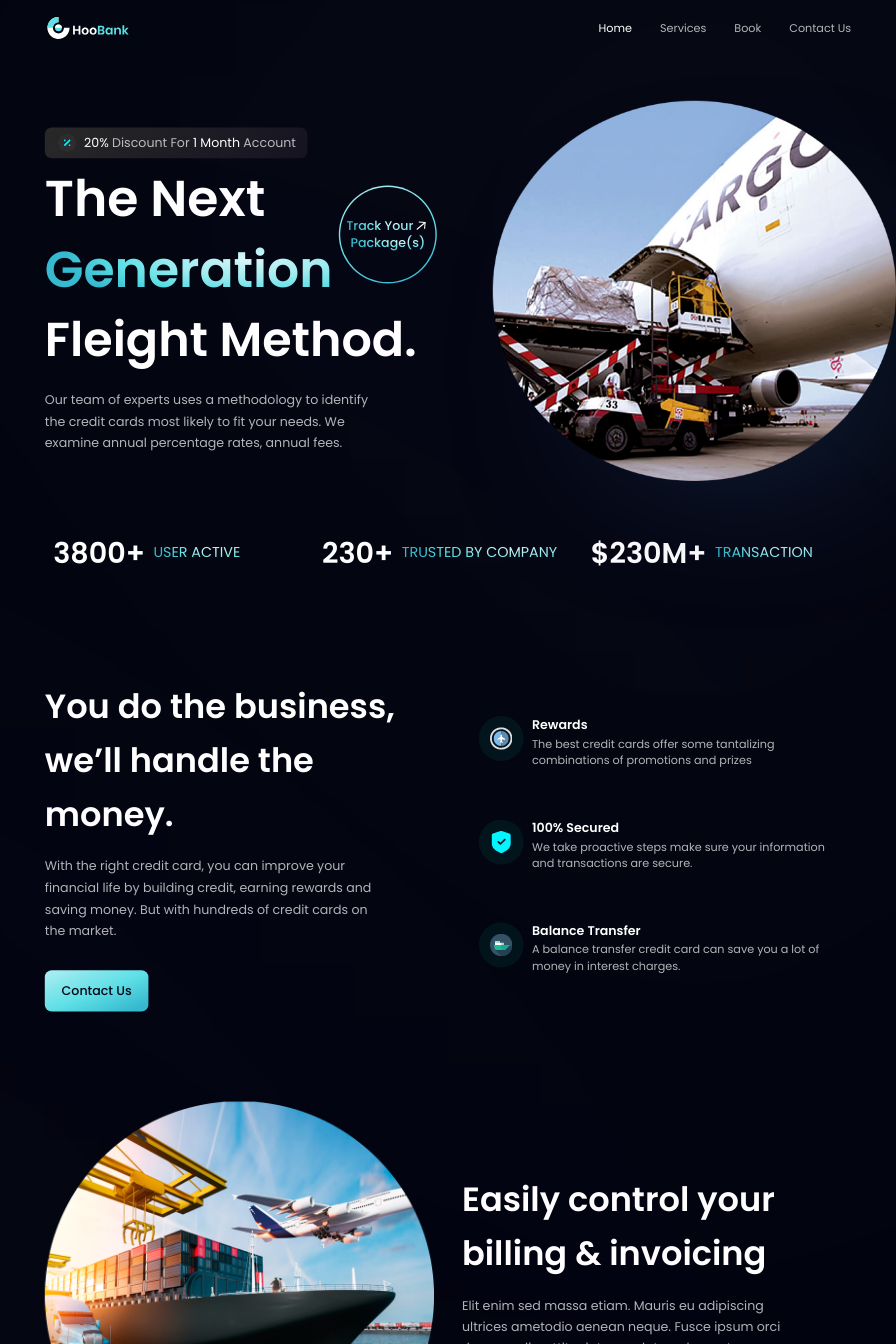
Repository: Miracleoluebube/captionlogistics
Page: /
An editor plug-in stored every save of this project. The page is shown before and after the next save, followed by the edit.
The browser window is 1280 px wide. The pictures show the part of the page from y = 0 to 1920 px (the page is 4990 px tall before and 5115 px after), at 70% of full size.
The project was rebuilt for these pictures with package versions that can differ from the ones it lists, and the page was loaded fresh each time. Also part of the build but not shown: vite.config.js.

Above is the page before, as saved 2022-10-01 07:30:02.

### src/index.css
/* :root {
  font-family: Inter, Avenir, Helvetica, Arial, sans-serif;
  font-size: 16px;
  line-height: 24px;
  font-weight: 400;

  color-scheme: light dark;
  color: rgba(255, 255, 255, 0.87);
  background-color: #242424;

  font-synthesis: none;
  text-rendering: optimizeLegibility;
  -webkit-font-smoothing: antialiased;
  -moz-osx-font-smoothing: grayscale;
  -webkit-text-size-adjust: 100%;
}

a {
  font-weight: 500;
  color: #646cff;
  text-decoration: inherit;
}
a:hover {
  color: #535bf2;
}

body {
  margin: 0;
  display: flex;
  place-items: center;
  min-width: 320px;
  min-height: 100vh;
}

h1 {
  font-size: 3.2em;
  line-height: 1.1;
}

button {
  border-radius: 8px;
  border: 1px solid transparent;
  padding: 0.6em 1.2em;
  font-size: 1em;
  font-weight: 500;
  font-family: inherit;
  background-color: #1a1a1a;
  cursor: pointer;
  transition: border-color 0.25s;
}
button:hover {
  border-color: #646cff;
}
button:focus,
button:focus-visible {
  outline: 4px auto -webkit-focus-ring-color;
}
*/

@import url("https://fonts.googleapis.com/css2?family=Poppins:wght@400;500;600;700;800;900&display=swap");

@tailwind base;
@tailwind components;
@tailwind utilities;

:root {
  --black-gradient: linear-gradient(
    144.39deg,
    #ffffff -278.56%,
    #6d6d6d -78.47%,
    #11101d 91.61%
  );
  --card-shadow: 0px 20px 100px -10px rgba(66, 71, 91, 0.1);
}

* {
  scroll-behavior: smooth;
}

.text-gradient {
  background: radial-gradient(
    64.18% 64.18% at 71.16% 35.69%,
    #def9fa 0.89%,
    #bef3f5 17.23%,
    #9dedf0 42.04%,
    #7de7eb 55.12%,
    #5ce1e6 71.54%,
    #33bbcf 100%
  );
  -webkit-background-clip: text;
  -webkit-text-fill-color: transparent;
  background-clip: text;
  text-fill-color: transparent;
}

.bg-blue-gradient {
  background: linear-gradient(
    157.81deg,
    #def9fa -43.27%,
    #bef3f5 -21.24%,
    #9dedf0 12.19%,
    #7de7eb 29.82%,
    #5ce1e6 51.94%,
    #33bbcf 90.29%
  );
}

.bg-black-gradient {
  background: linear-gradient(
    144.39deg,
    #ffffff -278.56%,
    #6d6d6d -78.47%,
    #11101d 91.61%
  );
}

.bg-black-gradient-2 {
  background: linear-gradient(
    -168.39deg,
    #ffffff -278.56%,
    #6d6d6d -78.47%,
    #11101d 91.61%
  );
}

.bg-gray-gradient {
  background: linear-gradient(
    153.47deg,
    rgba(255, 255, 255, 0) -341.94%,
    #14101d 95.11%
  );
}

.bg-discount-gradient {
  background: linear-gradient(125.17deg, #272727 0%, #11101d 100%);
}

.box-shadow {
  box-shadow: 0px 20px 100px -10px rgba(66, 71, 91, 0.1);
}

.sidebar {
  -webkit-animation: slide-top 0.5s cubic-bezier(0.25, 0.46, 0.45, 0.94) both;
  animation: slide-top 0.5s cubic-bezier(0.25, 0.46, 0.45, 0.94) both;
}

@-webkit-keyframes slide-top {
  0% {
    -webkit-transform: translateY(100px);
    transform: translateY(100px);
  }
  100% {
    -webkit-transform: translateY(0);
    transform: translateY(0);
  }
}

@keyframes slide-top {
  0% {
    -webkit-transform: translateY(100px);
    transform: translateY(100px);
  }
  100% {
    -webkit-transform: translateY(0);
    transform: translateY(0);
  }
}

.feature-card:hover {
  background: var(--black-gradient);
  box-shadow: var(--card-shadow);
}

.feedback-container .feedback-card:last-child {
  margin-right: 0px;
}

.feedback-card {
  background: transparent;
}

.feedback-card:hover {
  background: var(--black-gradient);
}

.blue__gradient {
  background: linear-gradient(180deg, rgba(188, 165, 255, 0) 0%, #214d76 100%);
  filter: blur(123px);
}

.pink__gradient {
  background: linear-gradient(90deg, #f4c4f3 0%, #fc67fa 100%);
  filter: blur(900px);
}

.white__gradient {
  background: rgba(255, 255, 255, 0.6);
  filter: blur(750px);
}


@media (prefers-color-scheme: light) {
  :root {
    color: #213547;
    background-color: #ffffff;
  }
  a:hover {
    color: #747bff;
  }
  button {
    background-color: #f9f9f9;
  }
}

### src/style.js
const styles = {
  boxWidth: "xl:max-w-[1280px] w-full",

  heading2: "font-poppins font-semibold xs:text-[48px] text-[40px] text-white xs:leading-[76.8px] leading-[66.8px] w-full",
  paragraph: "font-poppins font-normal text-dimWhite text-[18px] leading-[30.8px]",

  flexCenter: "flex justify-center items-center",
  flexStart: "flex justify-center items-start",

  paddingX: "sm:px-16 px-6",
  paddingY: "sm:py-16 py-6",
  padding: "sm:px-16 px-6 sm:py-12 py-4",

  marginX: "sm:mx-16 mx-6",
  marginY: "sm:my-16 my-6",
};

export const layout = {
  section: `flex md:flex-row flex-col ${styles.paddingY}`,
  sectionReverse: `flex md:flex-row flex-col-reverse ${styles.paddingY}`,

  sectionImgReverse: `flex-1 flex ${styles.flexCenter} md:mr-10 mr-0 md:mt-0 mt-10 relative`,
  sectionImg: `flex-1 flex ${styles.flexCenter} md:ml-10 ml-0 md:mt-0 mt-10 relative`,

  sectionInfo: `flex-1 ${styles.flexStart} flex-col`,
};

export default styles;

### src/components/Navbar.jsx
import { useState } from "react";

import { close, logo, menu } from "../assets";
import { navLinks } from "../constants";

const Navbar = () => {
  const [active, setActive] = useState("Home");
  const [toggle, setToggle] = useState(false);

  return (
    <nav className="w-full flex py-6 justify-between items-center navbar">
      <img src={logo} alt="hoobank" className="w-[124px] h-[32px]" />

      <ul className="list-none sm:flex hidden justify-end items-center flex-1">
        {navLinks.map((nav, index) => (
          <li
            key={nav.id}
            className={`font-poppins font-normal cursor-pointer text-[16px] ${
              active === nav.title ? "text-white" : "text-dimWhite"
            } ${index === navLinks.length - 1 ? "mr-0" : "mr-10"}`}
            onClick={() => setActive(nav.title)}
          >
            <a href={`#${nav.id}`}>{nav.title}</a>
          </li>
        ))}
      </ul>

      <div className="sm:hidden flex flex-1 justify-end items-center">
        <img
          src={toggle ? close : menu}
          alt="menu"
          className="w-[28px] h-[28px] object-contain"
          onClick={() => setToggle(!toggle)}
        />

        <div
          className={`${
            !toggle ? "hidden" : "flex"
          } p-6 bg-black-gradient absolute top-20 right-0 mx-4 my-2 min-w-[140px] rounded-xl sidebar`}
        >
          <ul className="list-none flex justify-end items-start flex-1 flex-col">
            {navLinks.map((nav, index) => (
              <li
                key={nav.id}
                className={`font-poppins font-medium cursor-pointer text-[16px] ${
                  active === nav.title ? "text-white" : "text-dimWhite"
                } ${index === navLinks.length - 1 ? "mb-0" : "mb-4"}`}
                onClick={() => setActive(nav.title)}
              >
                <a href={`#${nav.id}`}>{nav.title}</a>
              </li>
            ))}
          </ul>
        </div>
      </div>
    </nav>
  );
};

export default Navbar;

### src/components/Billing.jsx
import { apple, bill, google } from "../assets";
import styles, { layout } from "../style";

const Billing = () => (
  <section id="product" className={layout.sectionReverse}>
    <div className={layout.sectionImgReverse}>
      <img src={bill} alt="billing" className="w-[100%] h-[100%] relative z-[5]" />

      {/* gradient start */}
      <div className="absolute z-[3] -left-1/2 top-0 w-[50%] h-[50%] rounded-full white__gradient" />
      <div className="absolute z-[0] w-[50%] h-[50%] -left-1/2 bottom-0 rounded-full pink__gradient" />
      {/* gradient end */}
    </div>

    <div className={layout.sectionInfo}>
      <h2 className={styles.heading2}>
        Easily control your <br className="sm:block hidden" /> billing &
        invoicing
      </h2>
      <p className={`${styles.paragraph} max-w-[470px] mt-5`}>
        Elit enim sed massa etiam. Mauris eu adipiscing ultrices ametodio
        aenean neque. Fusce ipsum orci rhoncus aliporttitor integer platea
        placerat.
      </p>

      <div className="flex flex-row flex-wrap sm:mt-10 mt-6">
        <img src={apple} alt="google_play" className="w-[128.86px] h-[42.05px] object-contain mr-5 cursor-pointer" />
        <img src={google} alt="google_play" className="w-[144.17px] h-[43.08px] object-contain cursor-pointer" />
      </div>
    </div>
  </section>
);

export default Billing;

### src/components/CardDeal.jsx
import { card } from "../assets";
import styles, { layout } from "../style";
import Button from "./Button";

const CardDeal = () => (
  <section id="contact Us" className={layout.section}>
    <div className={layout.sectionInfo}>
      <h2 className={styles.heading2}>
        Find a better card deal <br className="sm:block hidden" /> in few easy
        steps.
      </h2>
      <p className={`${styles.paragraph} max-w-[470px] mt-5`}>
        Arcu tortor, purus in mattis at sed integer faucibus. Aliquet quis
        aliquet eget mauris tortor.ç Aliquet ultrices ac, ametau.
      </p>

      <Button styles={`mt-10`} />
    </div>

    <div className={layout.sectionImg}>
      <img src={card} alt="billing" className="w-[100%] h-[100%]" />
    </div>
  </section>
);

export default CardDeal;

### src/components/Business.jsx
import { features } from "../constants";
import styles, { layout } from "../style";
import Button from "./Button";

const FeatureCard = ({ icon, title, content, index }) => (
  <div className={`flex flex-row p-6 rounded-[20px] ${index !== features.length - 1 ? "mb-6" : "mb-0"} feature-card`}>
    <div className={`w-[64px] h-[64px] rounded-full ${styles.flexCenter} bg-dimBlue`}>
      <img src={icon} alt="star" className="w-[50%] h-[50%] object-contain" />
    </div>
    <div className="flex-1 flex flex-col ml-3">
      <h4 className="font-poppins font-semibold text-white text-[18px] leading-[23.4px] mb-1">
        {title}
      </h4>
      <p className="font-poppins font-normal text-dimWhite text-[16px] leading-[24px]">
        {content}
      </p>
    </div>
  </div>
);

const Business = () =>  (
  <section id="features" className={layout.section}>
    <div className={layout.sectionInfo}>
      <h2 className={styles.heading2}>
        You do the business, <br className="sm:block hidden" /> we’ll handle
        the money.
      </h2>
      <p className={`${styles.paragraph} max-w-[470px] mt-5`}>
        With the right credit card, you can improve your financial life by
        building credit, earning rewards and saving money. But with hundreds
        of credit cards on the market.
      </p>

      <Button styles={`mt-10`} />
    </div>

    <div className={`${layout.sectionImg} flex-col`}>
      {features.map((feature, index) => (
        <FeatureCard key={feature.id} {...feature} index={index} />
      ))}
    </div>
  </section>
);

export default Business;

### src/components/Stats.jsx
import { stats } from "../constants";
import styles from "../style";

const Stats = () => (
  <section className={`${styles.flexCenter} flex-row flex-wrap sm:mb-20 mb-6`}>
    {stats.map((stat) => (
      <div key={stat.id} className={`flex-1 flex justify-start items-center flex-row m-3`} >
        <h4 className="font-poppins font-semibold xs:text-[40.89px] text-[30.89px] xs:leading-[53.16px] leading-[43.16px] text-white">
          {stat.value}
        </h4>
        <p className="font-poppins font-normal xs:text-[20.45px] text-[15.45px] xs:leading-[26.58px] leading-[21.58px] text-gradient uppercase ml-3">
          {stat.title}
        </p>
      </div>
    ))}
  </section>
);

export default Stats;

### src/components/Footer.jsx
import styles from "../style";
import { logo } from "../assets";
import { footerLinks, socialMedia } from "../constants";

const Footer = () => (
  <section className={`${styles.flexCenter} ${styles.paddingY} flex-col`}>
    <div className={`${styles.flexStart} md:flex-row flex-col mb-8 w-full`}>
      <div className="flex-[1] flex flex-col justify-start mr-10">
        <img
          src={logo}
          alt="hoobank"
          className="w-[266px] h-[72.14px] object-contain"
        />
        <p className={`${styles.paragraph} mt-4 max-w-[312px]`}>
          A new way to make the payments easy, reliable and secure.
        </p>
      </div>

      <div className="flex-[1.5] w-full flex flex-row justify-between flex-wrap md:mt-0 mt-10">
        {footerLinks.map((footerlink) => (
          <div key={footerlink.title} className={`flex flex-col ss:my-0 my-4 min-w-[150px]`}>
            <h4 className="font-poppins font-medium text-[18px] leading-[27px] text-white">
              {footerlink.title}
            </h4>
            <ul className="list-none mt-4">
              {footerlink.links.map((link, index) => (
                <li
                  key={link.name}
                  className={`font-poppins font-normal text-[16px] leading-[24px] text-dimWhite hover:text-secondary cursor-pointer ${
                    index !== footerlink.links.length - 1 ? "mb-4" : "mb-0"
                  }`}
                >
                  {link.name}
                </li>
              ))}
            </ul>
          </div>
        ))}
      </div>
    </div>

    <div className="w-full flex justify-between items-center md:flex-row flex-col pt-6 border-t-[1px] border-t-[#3F3E45]">
      <p className="font-poppins font-normal text-center text-[18px] leading-[27px] text-white">
        Copyright Ⓒ 2022 HooBank. All Rights Reserved.
      </p>

      <div className="flex flex-row md:mt-0 mt-6">
        {socialMedia.map((social, index) => (
          <img
            key={social.id}
            src={social.icon}
            alt={social.id}
            className={`w-[21px] h-[21px] object-contain cursor-pointer ${
              index !== socialMedia.length - 1 ? "mr-6" : "mr-0"
            }`}
            onClick={() => window.open(social.link)}
          />
        ))}
      </div>
    </div>
  </section>
);

export default Footer;

### src/components/Testimonials.jsx
import { feedback } from "../constants";
import styles from "../style";
import FeedbackCard from "./FeedbackCard";

const Testimonials = () => (
  <section id="clients" className={`${styles.paddingY} ${styles.flexCenter} flex-col relative `}>
    <div className="absolute z-[0] w-[60%] h-[60%] -right-[50%] rounded-full blue__gradient bottom-40" />

    <div className="w-full flex justify-between items-center md:flex-row flex-col sm:mb-16 mb-6 relative z-[1]">
      <h2 className={styles.heading2}>
        What People are <br className="sm:block hidden" /> saying about us
      </h2>
      <div className="w-full md:mt-0 mt-6">
        <p className={`${styles.paragraph} text-left max-w-[450px]`}>
          Everything you need to accept card payments and grow your business
          anywhere on the planet.
        </p>
      </div>
    </div>

    <div className="flex flex-wrap sm:justify-start justify-center w-full feedback-container relative z-[1]">
      {feedback.map((card) => <FeedbackCard key={card.id} {...card} />)}
    </div>
  </section>
);

export default Testimonials;

### src/components/Hero.jsx
import styles from "../style";
import { discount, robot } from "../assets";
import GetStarted from "./GetStarted";

const Hero = () => {
  return (
    <section id="home" className={`flex md:flex-row flex-col ${styles.paddingY}`}>
      <div className={`flex-1 ${styles.flexStart} flex-col xl:px-0 sm:px-16 px-6`}>
        <div className="flex flex-row items-center py-[6px] px-4 bg-discount-gradient rounded-[10px] mb-2">
          <img src={discount} alt="discount" className="w-[32px] h-[32px]" />
          <p className={`${styles.paragraph} ml-2`}>
            <span className="text-white">20%</span> Discount For{" "}
            <span className="text-white">1 Month</span> Account
          </p>
        </div>

        <div className="flex flex-row justify-between items-center w-full">
          <h1 className="flex-1 font-poppins font-semibold ss:text-[72px] text-[52px] text-white ss:leading-[100.8px] leading-[75px]">
            The Next <br className="sm:block hidden" />{" "}
            <span className="text-gradient">Generation</span>{" "}
          </h1>
          <div className="ss:flex hidden md:mr-4 mr-0">
            <GetStarted />
          </div>
        </div>

        <h1 className="font-poppins font-semibold ss:text-[68px] text-[52px] text-white ss:leading-[100.8px] leading-[75px] w-full">
          Fleight  Method.
        </h1>
        <p className={`${styles.paragraph} max-w-[470px] mt-5`}>
          Our team of experts uses a methodology to identify the credit cards
          most likely to fit your needs. We examine annual percentage rates,
          annual fees.
        </p>
      </div>

      <div className={`flex-1 flex ${styles.flexCenter} md:my-0 my-10 relative`}>
        <img src={robot} alt="billing" className="w-[100%] h-[100%] relative z-[5]" />

        {/* gradient start */}
        <div className="absolute z-[0] w-[40%] h-[35%] top-0 pink__gradient" />
        <div className="absolute z-[1] w-[80%] h-[80%] rounded-full white__gradient bottom-40" />
        <div className="absolute z-[0] w-[50%] h-[50%] right-20 bottom-20 blue__gradient" />
        {/* gradient end */}
      </div>

      <div className={`ss:hidden ${styles.flexCenter}`}>
        <GetStarted />
      </div>
    </section>
  );
};

export default Hero;

### src/assets/index.js
import airbnb from "./airbnb.png";
import bill from "./bill.png";
import binance from "./binance.png";
import card from "./card.png";
import coinbase from "./coinbase.png";
import dropbox from "./dropbox.png";
import logo from "./logo.svg";
import quotes from "./quotes.svg";
import robot from "./robot.png";
import send from "./Send.svg";
import shield from "./Shield.svg";
import star from "./Star.svg";
import menu from "./menu.svg";
import close from "./close.svg";
import google from "./google.svg";
import apple from "./apple.svg";
import arrowUp from "./arrow-up.svg";
import discount from "./Discount.svg";
import facebook from "./facebook.svg";
import instagram from "./instagram.svg";
import linkedin from "./linkedin.svg";
import twitter from "./twitter.svg";
import people01 from "./people01.png";
import people02 from "./people02.png";
import people03 from "./people03.png";

export {
  airbnb,
  bill,
  binance,
  card,
  coinbase,
  dropbox,
  logo,
  quotes,
  robot,
  send,
  shield,
  star,
  menu,
  close,
  google,
  apple,
  arrowUp,
  discount,
  facebook,
  instagram,
  linkedin,
  twitter,
  people01,
  people02,
  people03,
};

### src/components/Button.jsx
import React from "react";

const Button = ({ styles }) => (
  <button type="button" className={`py-4 px-6 font-poppins font-medium text-[18px] text-primary bg-blue-gradient rounded-[10px] outline-none ${styles}`}>
    Contact Us
  </button>
);

export default Button;

### src/components/FeedbackCard.jsx
import { quotes } from "../assets";

const FeedbackCard = ({ content, name, title, img }) => (
  <div className="flex justify-between flex-col px-10 py-12 rounded-[20px]  max-w-[370px] md:mr-10 sm:mr-5 mr-0 my-5 feedback-card">
    <img src={quotes} alt="double_quotes" className="w-[42.6px] h-[27.6px] object-contain" />
    <p className="font-poppins font-normal text-[18px] leading-[32.4px] text-white my-10">
      {content}
    </p>

    <div className="flex flex-row">
      <img src={img} alt={name} className="w-[48px] h-[48px] rounded-full" />
      <div className="flex flex-col ml-4">
        <h4 className="font-poppins font-semibold text-[20px] leading-[32px] text-white">
          {name}
        </h4>
        <p className="font-poppins font-normal text-[16px] leading-[24px] text-dimWhite">
          {title}
        </p>
      </div>
    </div>
  </div>
);


export default FeedbackCard;

### src/components/GetStarted.jsx
import styles from "../style";
import { arrowUp } from "../assets";

const GetStarted = () => (
  <div className={`${styles.flexCenter} w-[140px] h-[140px] rounded-full bg-blue-gradient p-[2px] cursor-pointer`}>
    <div className={`${styles.flexCenter} flex-col bg-primary w-[100%] h-[100%] rounded-full`}>
      <div className={`${styles.flexStart} flex-row`}>
        <p className="font-poppins font-medium text-[18px] leading-[23.4px]">
          <span className="text-gradient">Track Your</span>
        </p>
        <img src={arrowUp} alt="arrow-up" className="w-[23px] h-[23px] object-contain" />
      </div>

      <p className="font-poppins font-medium text-[18px] leading-[23.4px]">
        <span className="text-gradient">Package(s)</span>
      </p>
    </div>
  </div>
);

export default GetStarted;

Loaded but not shown: index.html (common file); src/main.jsx (common file); src/App.jsx (common file); src/components/index.js (common file); src/components/Clients.jsx (common file); src/components/CTA.jsx (common file); tailwind.config.cjs (common file); src/constants/index.js (202 lines, source omitted)

After the next save:
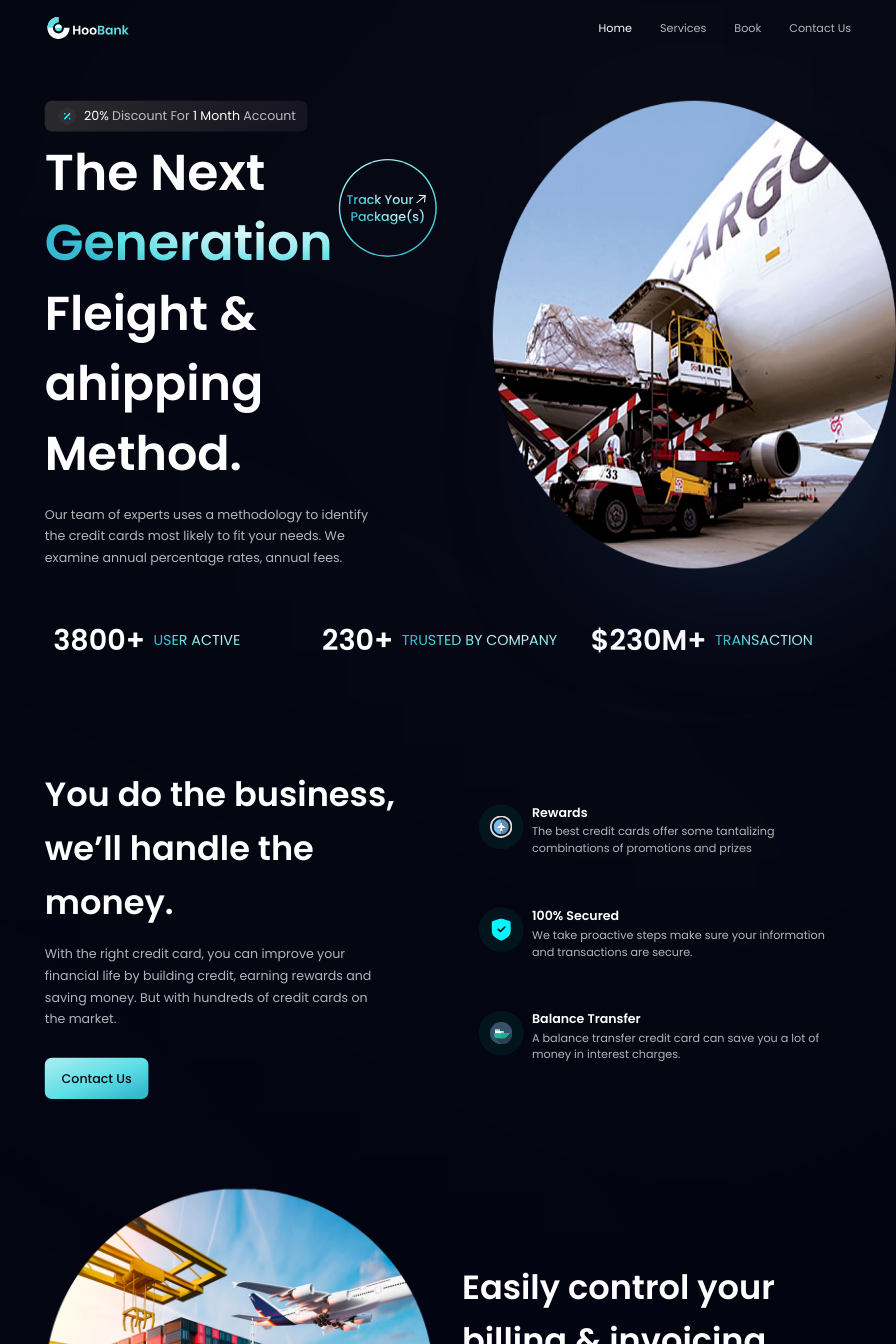
Saved 6 s later.
--- a/src/components/Hero.jsx
+++ b/src/components/Hero.jsx
@@ -25,7 +25,7 @@
         </div>
 
         <h1 className="font-poppins font-semibold ss:text-[68px] text-[52px] text-white ss:leading-[100.8px] leading-[75px] w-full">
-          Fleight  Method.
+          Fleight & ahipping Method.
         </h1>
         <p className={`${styles.paragraph} max-w-[470px] mt-5`}>
           Our team of experts uses a methodology to identify the credit cards
